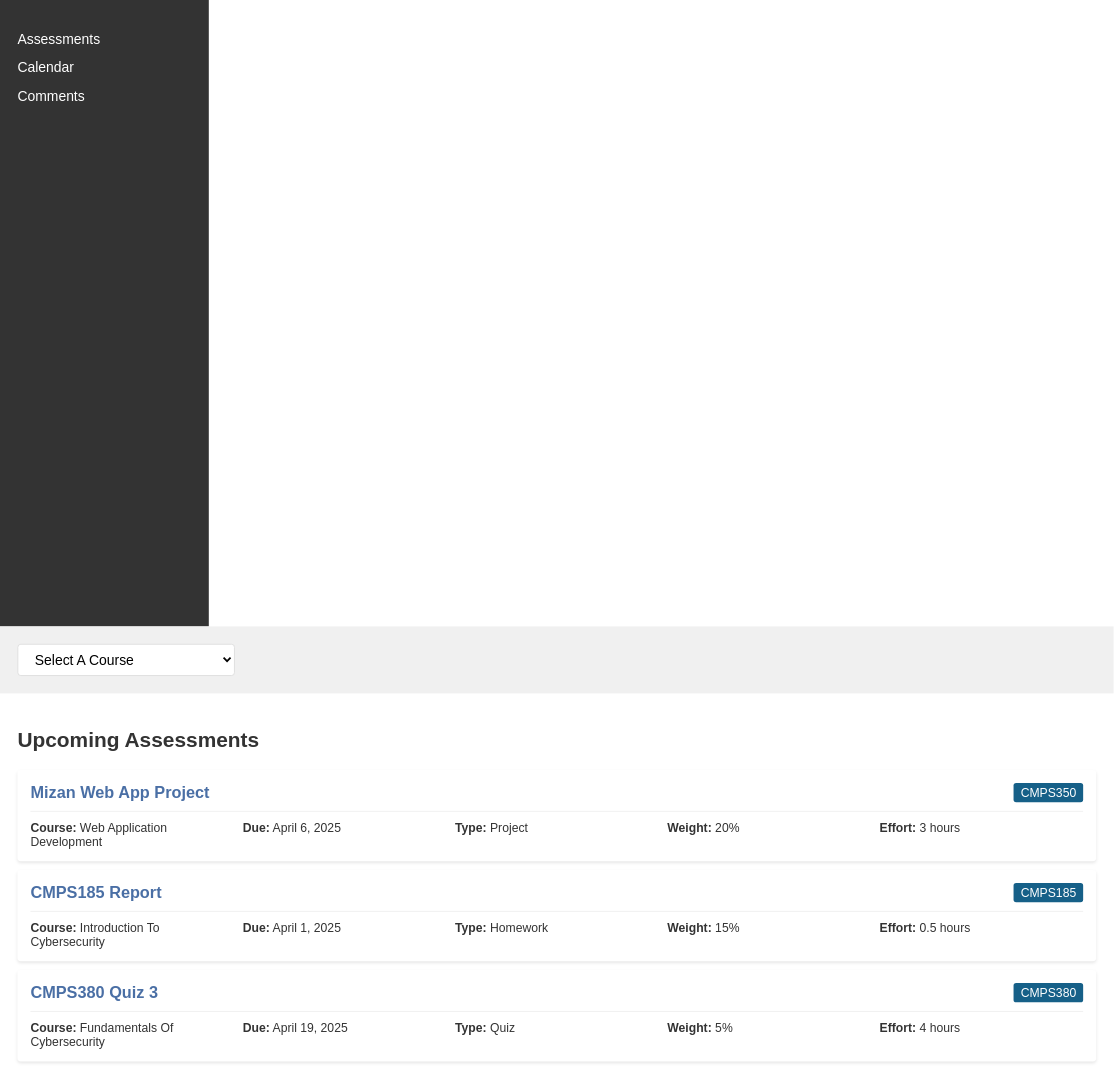
Repository: zunairahamid/Mizan-App
Page: cmps350group7-main/mizan_app/get_assessments/student-get-assessments/index.html
An editor plug-in stored every save of this project. The page is shown before and after the next save, followed by the edit.
The browser window is 1280 px wide. The pictures show the whole page, at 87% of full size.

Above is the page before, as saved 2025-03-28 04:16:16.

### cmps350group7-main/mizan_app/get_assessments/student-get-assessments/index.html
<!DOCTYPE html>
<html lang="en">
    <head>
        <meta charset="UTF-8">
        <meta name="viewport" content="width=device-width, initial-scale=1.0">
        <title>Dashboard - Mizan</title>
        <link rel="stylesheet" href="styles.css">
    </head>
    <body>
        <div class="dashboard">
            <nav>
                <ul>
                    <li><a href="#assessments">Assessments</a></li>
                    <li><a href="#calendar">Calendar</a></li>
                    <li><a href="#comments">Comments</a></li>
                </ul>
            </nav>
        </div>
        <div class="main-content">
            <div class="dropdown">
                <select id="courses">
                    <option value="">Select A Course</option>
                </select>
            </div>
            <div class="content">
                <h2>Upcoming Assessments</h2>
                <ul id="upcoming-assessments"></ul>
            </div>
        </div>
        </div>
        <script src="script.js"></script>
    </body>
</html>

### cmps350group7-main/mizan_app/get_assessments/student-get-assessments/styles.css
:root {
    --background-dark: #333;
    --background-light: #f4f4f4;
    --text-dark: #333;
    --text-light: #fff;
    --primary-color: #4a6fa5;
    --secondary-color: #166088;
}

body {
    font-family: Arial, Helvetica, sans-serif;
    margin: 0;
    padding: 0;
    color: var(--text-dark);
}

.dashboard {
    display: flex;
    min-height: 100vh;
}

nav {
    width: 200px;
    background: var(--background-dark);
    color: var(--text-light);
    padding: 20px;
}

nav ul {
    list-style: none;
    padding: 0;
}

nav ul li {
    margin: 15px 0;
}

nav ul li a {
    color: var(--text-light);
    text-decoration: none;
    transition: color 0.3s;
}

nav ul li a:hover {
    color: #ccc;
}

.main-content {
    flex: 1;
    display: flex;
    flex-direction: column;
}

.content {
    padding: 20px;
}

.dropdown {
    padding: 20px;
    background: #f0f0f0;
}

.dropdown select {
    padding: 8px 15px;
    border: 1px solid #ddd;
    border-radius: 4px;
    background: white;
    font-size: 16px;
    cursor: pointer;
    width: 250px;
}

#upcoming-assessments {
    list-style: none;
    padding: 0;
    margin: 0;
}

#upcoming-assessments li {
    background: white;
    margin: 10px 0;
    padding: 15px;
    border-radius: 4px;
    box-shadow: 0 2px 4px rgba(0,0,0,0.1);
}

.assessment-header {
    display: flex;
    justify-content: space-between;
    align-items: center;
    margin-bottom: 10px;
    border-bottom: 1px solid #eee;
    padding-bottom: 10px;
}

.assessment-header h3 {
    margin: 0;
    color: var(--primary-color);
}

.course-code {
    background: var(--secondary-color);
    color: white;
    padding: 3px 8px;
    border-radius: 3px;
    font-size: 14px;
}

.assessment-details {
    display: grid;
    grid-template-columns: repeat(auto-fill, minmax(200px, 1fr));
    gap: 10px;
}

.assessment-details span {
    font-size: 14px;
}

.error {
    color: #d32f2f;
    font-weight: bold;
    padding: 10px;
    background-color: #ffebee;
    border-radius: 4px;
}

### cmps350group7-main/mizan_app/get_assessments/student-get-assessments/script.js
document.addEventListener("DOMContentLoaded", async function() {
    try {
        const response = await fetch("../../mizan-data/assessments.json" );

        if (!response.ok) {
            throw new Error(`Failed to fetch data: ${response.status}`);
        }

        const assessments = await response.json();

        if (!Array.isArray(assessments)) {
            throw new Error("Invalid data format: expected array");
        }

        // Populate course dropdown
        populateCourseDropdown(assessments);

        // Display all assessments initially
        displayAssessments(assessments);

        // Add event listener for course filter
        document.getElementById("courses").addEventListener("change", function() {
            const selectedCourse = this.value;
            if (selectedCourse) {
                const filtered = assessments.filter(a => a.coursecode === selectedCourse);
                displayAssessments(filtered);
            } else {
                displayAssessments(assessments);
            }
        });

    } catch (error) {
        console.error("Error:", error);
        displayErrorMessage("Failed to load assessments. Please try again later.");
    }
});

function populateCourseDropdown(assessments) {
    const courseSelect = document.getElementById("courses");
    const courses = new Set();

    assessments.forEach(assessment => {
        if (assessment.coursecode) {
            courses.add(assessment.coursecode);
        }
    });

    courses.forEach(course => {
        const option = document.createElement("option");
        option.value = course;
        option.textContent = course;
        courseSelect.appendChild(option);
    });
}

function displayAssessments(assessments) {
    const assessmentsList = document.getElementById("upcoming-assessments");

    if (!assessmentsList) return;

    assessmentsList.innerHTML = "";

    if (assessments.length === 0) {
        assessmentsList.innerHTML = "<li>No assessments found</li>";
        return;
    }

    assessments.forEach(assessment => {
        const li = document.createElement("li");
        li.innerHTML = `
            <div class="assessment-header">
                <h3>${assessment.title}</h3>
                <span class="course-code">${assessment.coursecode}</span>
            </div>
            <div class="assessment-details">
                <span><strong>Course:</strong> ${assessment.coursename}</span>
                <span><strong>Due:</strong> ${formatDate(assessment.duedate)}</span>
                <span><strong>Type:</strong> ${assessment.assessmenttype}</span>
                <span><strong>Weight:</strong> ${assessment.weight}</span>
                <span><strong>Effort:</strong> ${assessment.efforthours} hours</span>
            </div>
        `;
        assessmentsList.appendChild(li);
    });
}

function formatDate(dateString) {
    const [day, month, year] = dateString.split("-");
    return new Date(`${month}/${day}/${year}`).toLocaleDateString('en-US', {
        year: 'numeric',
        month: 'long',
        day: 'numeric'
    });
}

function displayErrorMessage(message) {
    const assessmentsList = document.getElementById("upcoming-assessments");
    if (assessmentsList) {
        assessmentsList.innerHTML = `<li class="error">${message}</li>`;
    }
}

### cmps350group7-main/mizan_app/mizan-data/assessments.json
[
    {
        "title":"Mizan Web App Project",
        "coursecode":"CMPS350",
        "coursename":"Web Application Development",
        "program":"CS",
        "duedate":"06-04-2025",
        "efforthours":"3",
        "weight":"20%",
        "assessmenttype":"Project"

    },
    {
        "title":"CMPS185 Report",
        "coursecode":"CMPS185",
        "coursename":"Introduction To Cybersecurity",
        "program":"CS",
        "duedate":"01-04-2025",
        "efforthours":"0.5",
        "weight":"15%",
        "assessmenttype":"Homework"

    },
    {
        "title":"CMPS380 Quiz 3",
        "coursecode":"CMPS380",
        "coursename":"Fundamentals Of Cybersecurity",
        "program":"CS",
        "duedate":"19-04-2025",
        "efforthours":"4",
        "weight":"5%",
        "assessmenttype":"Quiz"

    }
]

After the next save:
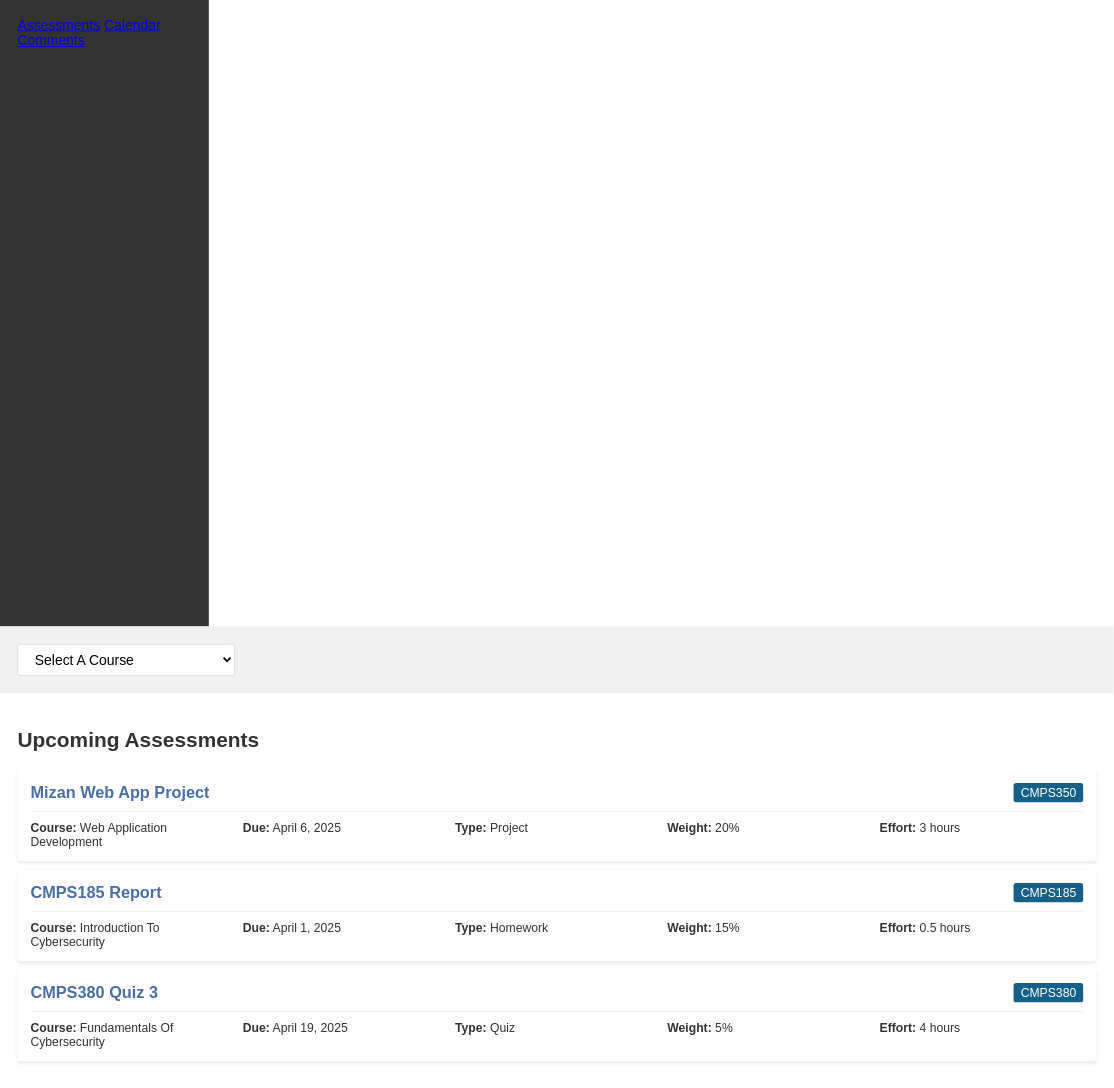
Saved 24 s later.
--- a/cmps350group7-main/mizan_app/get_assessments/student-get-assessments/index.html
+++ b/cmps350group7-main/mizan_app/get_assessments/student-get-assessments/index.html
@@ -9,11 +9,10 @@
     <body>
         <div class="dashboard">
             <nav>
-                <ul>
-                    <li><a href="#assessments">Assessments</a></li>
-                    <li><a href="#calendar">Calendar</a></li>
-                    <li><a href="#comments">Comments</a></li>
-                </ul>
+                <a href="#assessments">Assessments</a>
+                    <a href="#calendar">Calendar</a>
+                    <a href="#comments">Comments</a>
+
             </nav>
         </div>
         <div class="main-content">
